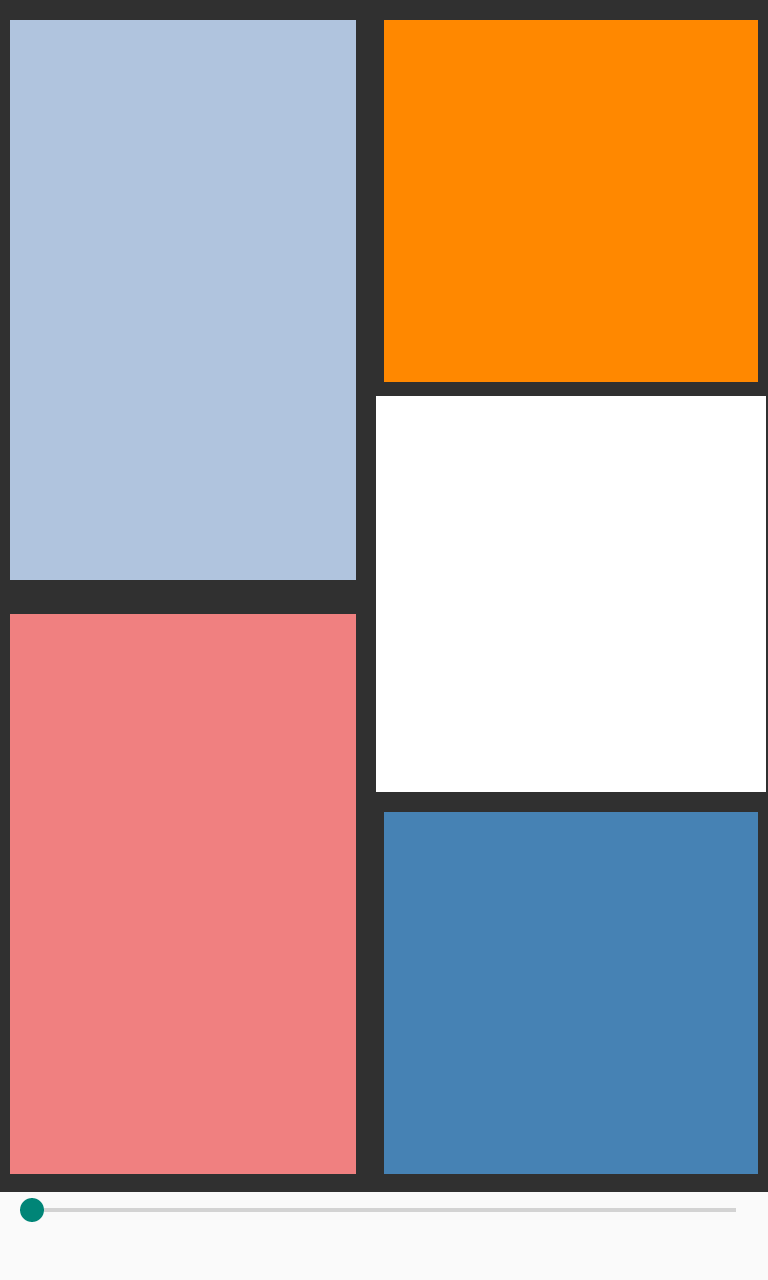
Repository: Damabiah0/public
Layout: androids/intentLab/ModerArtUI/res/layout/activity_master.xml
These files come from the project's save history. The layout is drawn as it stood at one moment and after the next save; the edit follows.
It is drawn on a 768 x 1280 px phone screen (xhdpi) without system bars, with theme AppTheme; the app's code is not run.

Above is the layout before, as saved 2015-05-31 15:33:13.

### androids/intentLab/ModerArtUI/res/layout/activity_master.xml
<TableLayout xmlns:android="http://schemas.android.com/apk/res/android"
    xmlns:tools="http://schemas.android.com/tools"
    android:layout_width="fill_parent"
    android:layout_height="fill_parent"
    android:backgroundTint="@color/abc_background_cache_hint_selector_material_dark"
    android:orientation="horizontal"
    android:outlineProvider="background"
    android:stretchColumns="1"
    tools:context="org.coursera.moderartui.MasterActivity" >

    <TableRow
        android:layout_width="fill_parent"
        android:layout_height="fill_parent"
        android:layout_weight="19"
        android:background="@color/rosa"
        android:backgroundTint="@color/abc_background_cache_hint_selector_material_dark" >

        <LinearLayout
            android:id="@+id/LinearLayout0"
            android:layout_width="fill_parent"
            android:layout_height="fill_parent"
            android:layout_gravity="left"
            android:layout_margin="1dp"
            android:layout_weight="2"
            android:orientation="vertical" >

            <EditText
                android:id="@+id/editText01"
                android:layout_width="fill_parent"
                android:layout_height="fill_parent"
                android:layout_weight="2"
                android:backgroundTint="#B0C4DE"
                android:backgroundTintMode="screen"
                android:ems="10"
                android:inputType="textMultiLine"
                  android:clickable="false"
                android:enabled="false"
                android:linksClickable="false"
                android:scrollHorizontally="false"
                android:selectAllOnFocus="false">

            </EditText>

            <EditText
                android:id="@+id/editText02"
                android:layout_width="fill_parent"
                android:layout_height="fill_parent"
                android:layout_weight="2"
                android:backgroundTint="#F08080"
                android:backgroundTintMode="screen"
                android:ems="10"
                android:inputType="textMultiLine"
                  android:clickable="false"
                android:enabled="false"
                android:linksClickable="false"
                android:scrollHorizontally="false"
                android:selectAllOnFocus="false"/>
        </LinearLayout>

        <LinearLayout
            android:id="@+id/LinearLayout1"
            android:layout_width="fill_parent"
            android:layout_height="fill_parent"
            android:layout_gravity="right"
            android:layout_margin="1dp"
            android:layout_weight="1"
            android:orientation="vertical" >

            <EditText
                android:id="@+id/editText11"
                android:layout_width="fill_parent"
                android:layout_height="fill_parent"
                android:layout_weight="2"
                android:backgroundTint="@android:color/holo_orange_dark"
                android:backgroundTintMode="screen"
                android:ems="10"
                android:inputType="textMultiLine"
                  android:clickable="false"
                android:enabled="false"
                android:linksClickable="false"
                android:scrollHorizontally="false"
                android:selectAllOnFocus="false">

            </EditText>

            <EditText
                android:id="@+id/editText12"
                android:layout_width="fill_parent"
                android:layout_height="fill_parent"
                android:layout_weight="2"
                android:background="@color/rosa"
                android:backgroundTint="@android:color/background_light"

                android:ems="10"
                  android:clickable="false"
                android:enabled="false"
                android:linksClickable="false"
                android:scrollHorizontally="false"
                android:selectAllOnFocus="false"
                android:inputType="textMultiLine"
                android:visibility="visible" />

            <EditText
                android:id="@+id/editText13"
                android:layout_width="fill_parent"
                android:layout_height="fill_parent"
                android:layout_weight="2"
                android:backgroundTint="#4682B4"
                android:backgroundTintMode="screen"
                android:ems="10"
                android:inputType="textMultiLine"
                  android:clickable="false"
                android:enabled="false"
                android:linksClickable="false"
                android:scrollHorizontally="false"
                android:selectAllOnFocus="false"/>
        </LinearLayout>
    </TableRow>

  <TableRow
      android:layout_width="wrap_content"
      android:layout_height="wrap_content"
      android:layout_gravity="bottom"
      android:layout_weight="1"
      android:backgroundTint="@color/abc_background_cache_hint_selector_material_dark" >

      <SeekBar
          android:id="@+id/seekBar1"
          android:layout_width="wrap_content"
          android:layout_height="wrap_content"
          android:layout_weight="1"
          android:backgroundTint="@color/abc_background_cache_hint_selector_material_dark"
          android:max="100" />

   </TableRow>
</TableLayout>

### androids/intentLab/ModerArtUI/res/values/colors.xml
<?xml version="1.0" encoding="utf-8"?>
<resources>
    <color name="rosa">#FF00FF</color>
    <color />
</resources>

Loaded but not shown: androids/intentLab/ModerArtUI/res/values/styles.xml (common file); androids/intentLab/ModerArtUI/res/values-v11/styles.xml (common file); androids/intentLab/ModerArtUI/res/values-v14/styles.xml (common file)

After the next save:
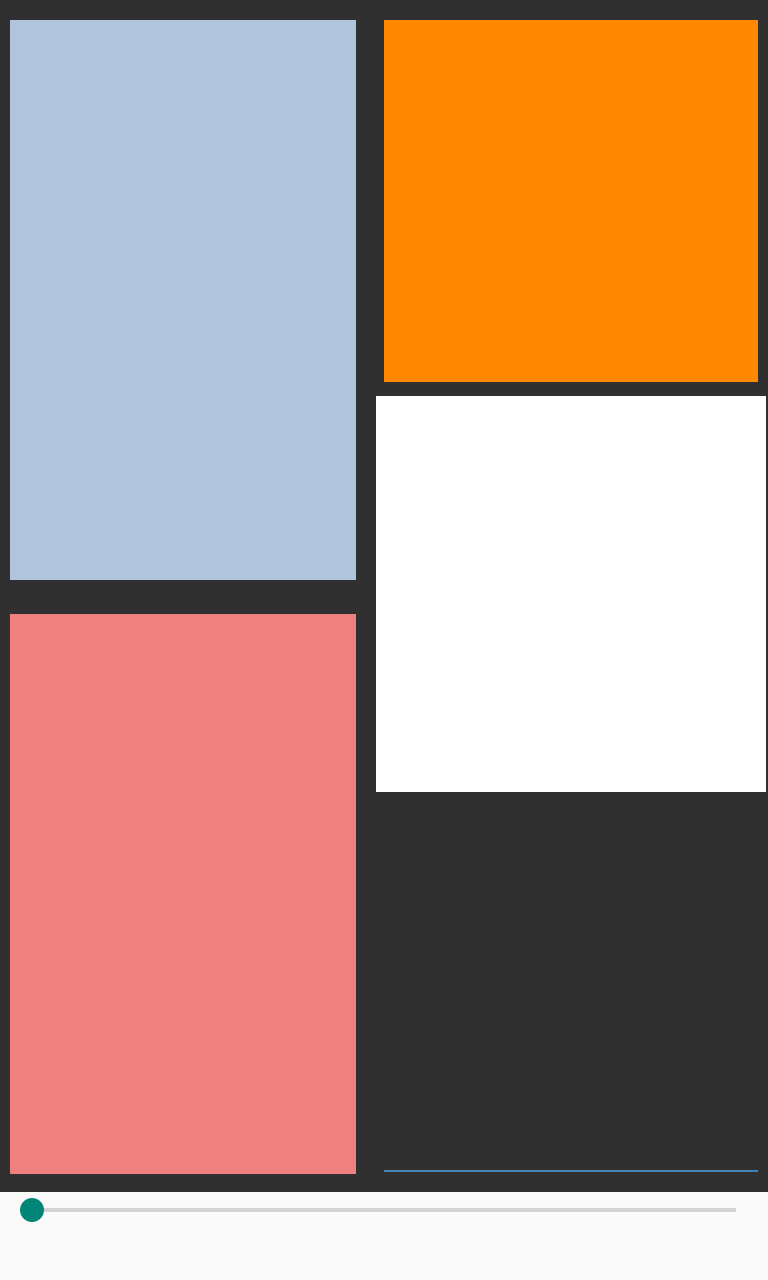
Saved 5 s later.
--- a/androids/intentLab/ModerArtUI/res/layout/activity_master.xml
+++ b/androids/intentLab/ModerArtUI/res/layout/activity_master.xml
@@ -106,7 +106,6 @@
                 android:layout_height="fill_parent"
                 android:layout_weight="2"
                 android:backgroundTint="#4682B4"
-                android:backgroundTintMode="screen"
                 android:ems="10"
                 android:inputType="textMultiLine"
                   android:clickable="false"
